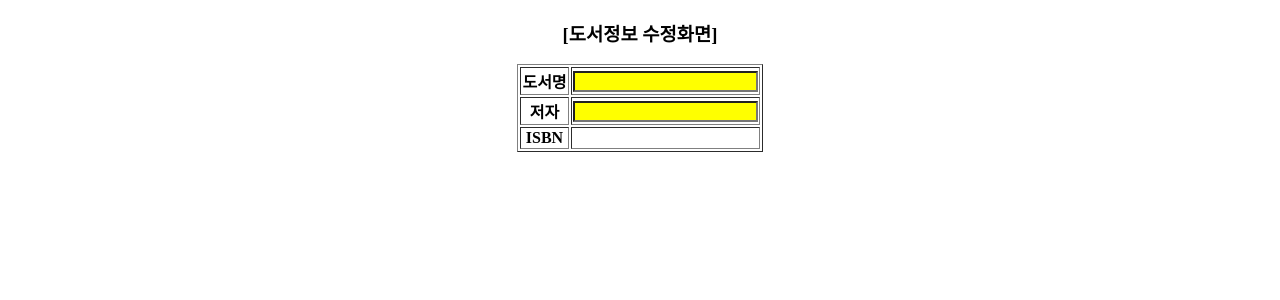
Repository: youngmoon525/Jsp_Servlet
Page: http://localhost/05.TestJSP/detail.jsp
An editor plug-in stored every save of this project. The page is shown before and after the next save, followed by the edit.
The browser window is 1280 px wide. The pictures show the whole page.
The page is served by Tomcat 9. Queries for data that is not in the repository find no rows.

Above is the page before, as saved 2021-09-13 03:38:31.

After the next save:
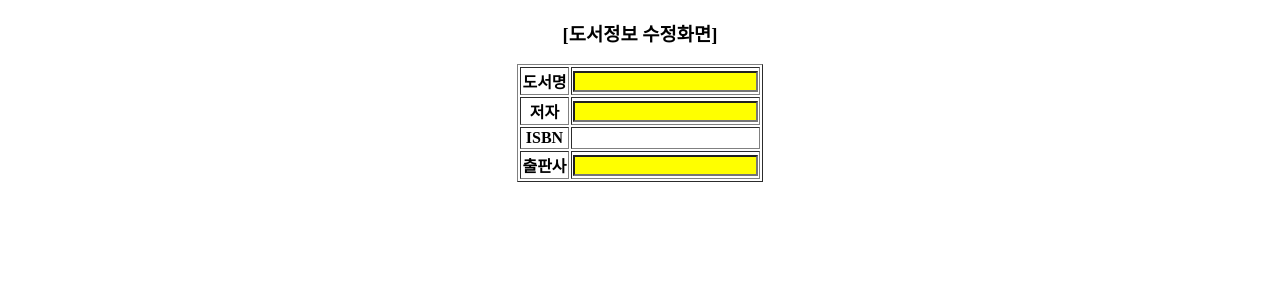
Saved 52 s later.
--- a/workspace/05.TestJSP/WebContent/detail.jsp
+++ b/workspace/05.TestJSP/WebContent/detail.jsp
@@ -35,6 +35,10 @@ pageContext.setAttribute("dto", dto);
 		<th>ISBN</th>
 		<td>${dto.isbn }</td>
 	</tr>
+	<tr>
+		<th>출판사</th>
+		<td><input type="text" name="company" value="${dto.company}" class="in"/></td>
+	</tr>
 </table>
 </form>
 </div>
